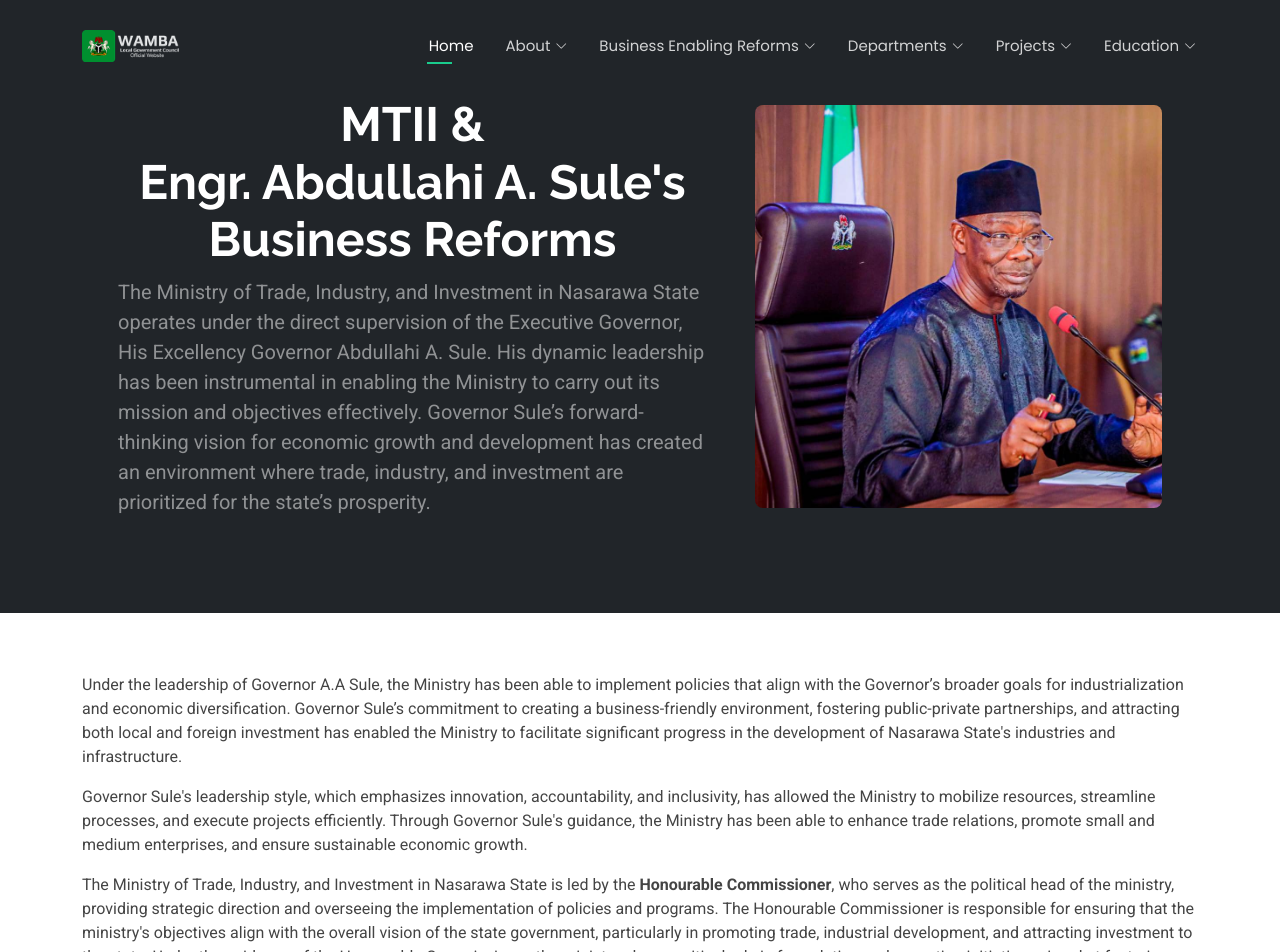
Repository: GlorifiedIntel/wamba-lgc
Page: leadership.html
An editor plug-in stored every save of this project. The page is shown before and after the next save, followed by the edit.
The browser window is 1280 px wide. The pictures show the part of the page from y = 0 to 952 px (the page is 2133 px tall).
A picture or video elsewhere on the page could not be fetched, so the positions and the page height are approximate.

Above is the page before, as saved 2025-02-06 03:47:34.
Console error: TypeError: Cannot read properties of null (reading 'click')

After the next save:
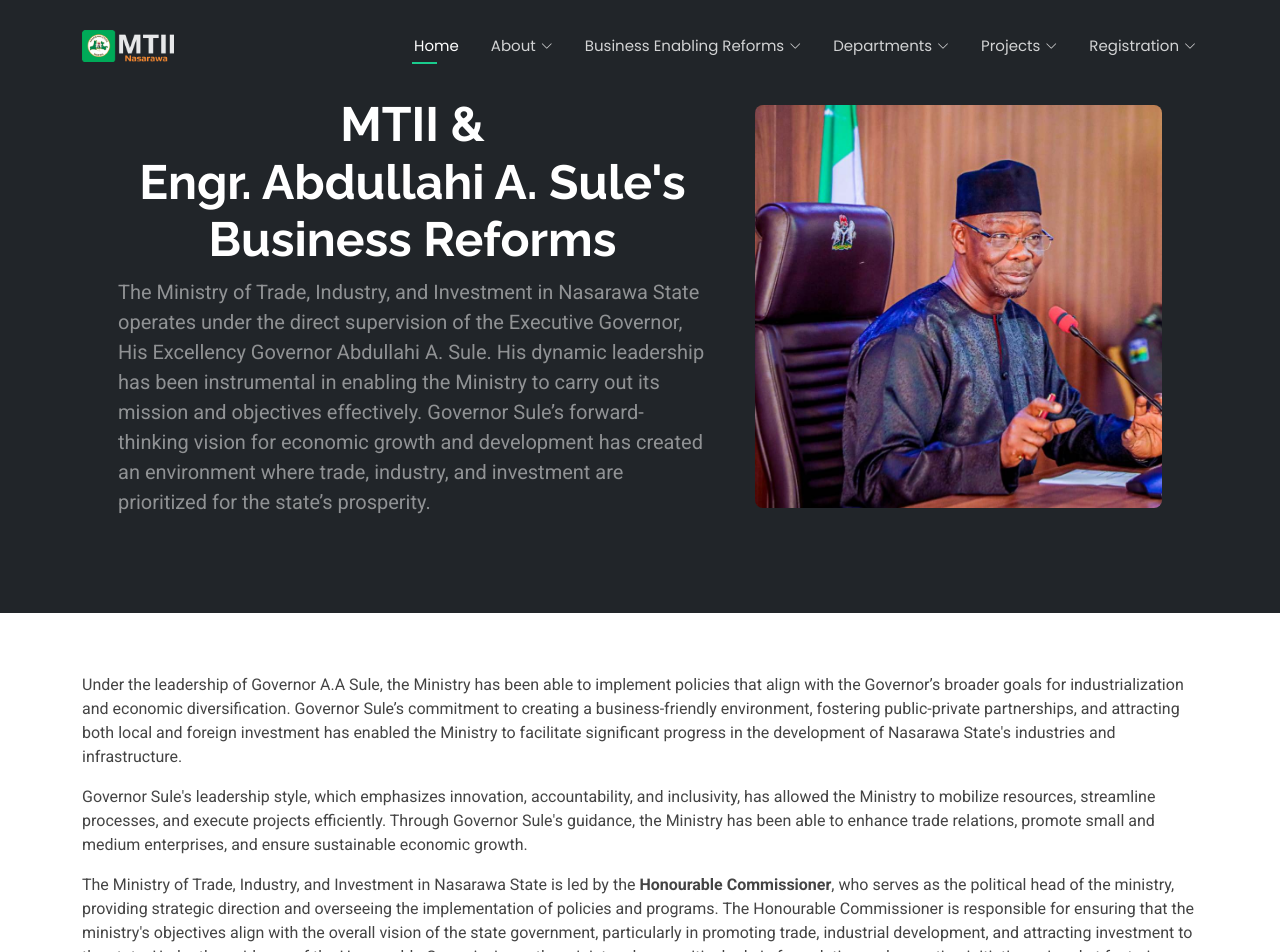
Saved 49 s later.
--- a/leadership.html
+++ b/leadership.html
@@ -8,9 +8,9 @@
   <meta name="format-detection" content="telephone=no">
   <meta name="apple-mobile-web-app-capable" content="yes">
   <meta name="author" content="Kevin Cross Minchakpu">
-  <meta name="keywords" content="Wamba, Nasarawa, Industry, Trade, Investment, Entrepreneur">
-  <meta name="description" content="Wamba Local Government Council is one of the administrative divisions within Nasarawa State, Nigeria. It is located in the northern part of the state and is predominantly inhabited by diverse ethnic groups, including Rindre, and other indigenous communities.Wamba Local Government Council is one of the administrative divisions within Nasarawa State, Nigeria. It is located in the northern part of the state and is predominantly inhabited by diverse ethnic groups, including Rindre, and other indigenous communities.">
-  <title>Wamba Local Government Council</title>
+  <meta name="keywords" content="MTII, Nasarawa, Industry, Trade, Investment, Entrepreneur">
+  <meta name="description" content="The Nasarawa State Ministry of Trade, Industry, and Investment promotes economic growth through trade, industrialization, and investment. It supports local industries, attracts investments, and fosters innovation to boost competitiveness and diversify the economy.">
+
   <!-- Favicons -->
   <link href="assets/img/favicon.png" rel="icon">
   <link href="assets/img/apple-touch-icon.png" rel="apple-touch-icon">
@@ -35,19 +35,18 @@
   <header id="header" class="header d-flex align-items-center fixed-top bg-dark">
     <div class="container-fluid container-xl position-relative d-flex align-items-center justify-content-between">
       <a href="index.html" class="logo d-flex align-items-center">
-        <img src="assets/img/wamba-logo-2.png" alt="Logo" >
+        <img src="assets/img/logo.png" alt="" >
       </a>
       <nav id="navmenu" class="navmenu">
         <ul>
           <li><a href="index.html" class="active">Home</a></li>
           <li class="dropdown"><a href="about-mtii.html"><span>About</span> <i class="bi bi-chevron-down toggle-dropdown"></i></a>
             <ul>
-              <li><a href="about-wamba.html">Wamba LGC</a></li>
-                  <li><a href="wamba-history.html">Wamba History</a></li>
-                  <li><a href="the-chairman.html" >The Executive Chairman</a></li>
-                  <li><a href="the-deputy.html" >The Deputy Chairman</a></li>
-                  <li><a href="the-secretary.html" >The Secretary</a></li>
-                  <li><a href="directors.html" >Our Legislators</a></li>
+              <li><a href="about-mtii.html">Nasarawa MTII</a></li>
+                  <li><a href="mtii-history.html">MTII History</a></li>
+                  <li><a href="the-commissioner.html" >The Commissioner</a></li>
+                  <li><a href="the-secretary.html" >The Permanent Secretary</a></li>
+                  <li><a href="directors.html" >Our Directors</a></li>
                   <li><a href="contact-us.html" >Our Contact</a></li>
             </ul>
           </li>
@@ -59,19 +58,18 @@
                   <li><a href="application-guidelines.html" >Application Guidelines</a></li>
                   <li><a href="legal-framework.html" >Legal Framework</a></li>
                   <li><a href="investment-opportunities.html" >Investment Opportunities</a></li>
-              </ul>
+            </ul>
           </li>
 
           <li class="dropdown"><a href="departments.html"><span>Departments</span> <i class="bi bi-chevron-down toggle-dropdown"></i></a>
             <ul>
-              <li><a href="admin.html">Administration</a></li>
-              <li><a href="agriculture.html">Agriculture and Natural Resources</a></li>
-              <li><a href="education.html">Education</a></li>
-              <li><a href="environment.html">Environmental Services</a></li>
-              <li><a href="finance.html">Finance and Accounts</a></li>
-              <li><a href="health.html">Health</a></li>
-              <li><a href="all-departments.html">More Departments</a></li>
-             </ul>
+              <li><a href="admin.html">Administration & Supply</a></li>
+              <li><a href="cooperative.html">Cooperative & Thrift</a></li>
+              <li><a href="finance.html">Finance & Account</a></li>
+              <li><a href="investment.html">Industry & Investment</a></li>
+              <li><a href="planning.html">Planning/Research/Statistics</a></li>
+              <li><a href="trade.html">Trade</a></li>
+            </ul>
           </li>
 
           <li class="dropdown"><a href="projects.html"><span>Projects</span> <i class="bi bi-chevron-down toggle-dropdown"></i></a>
@@ -82,18 +80,19 @@
             </ul>
           </li>
 
-          <li class="dropdown"><a href="registration.html"><span>Education</span> <i class="bi bi-chevron-down toggle-dropdown"></i></a>
-            <ul>
-              <li><a href="ubec.html">UBEC</a></li>
-                  <li><a href="secondary-schools.html">Secondary Schools</a></li>
-                  <li><a href="private-schools.html" >Private Schools</a></li>
-                  <li><a href="relevant-tech.html" >Relevant Technology</a></li>
+          <li class="dropdown"><a href="registration.html"><span>Registration</span> <i class="bi bi-chevron-down toggle-dropdown"></i></a>
+            <ul>
+              <li><a href="howtoregister.html">How To Register</a></li>
+                  <li><a href="online-registration.html">Online Registration</a></li>
+                  <li><a href="businame-name.html" >Business Name Registration</a></li>
+                  <li><a href="business-premises.html" >Business Premises Registration</a></li>
                   <li><a href="faqs.html" >FAQs</a></li>
             </ul>
           </li>
         </ul>
         <i class="mobile-nav-toggle d-xl-none bi bi-list"></i>
       </nav>
+
     </div>
   </header>
 
